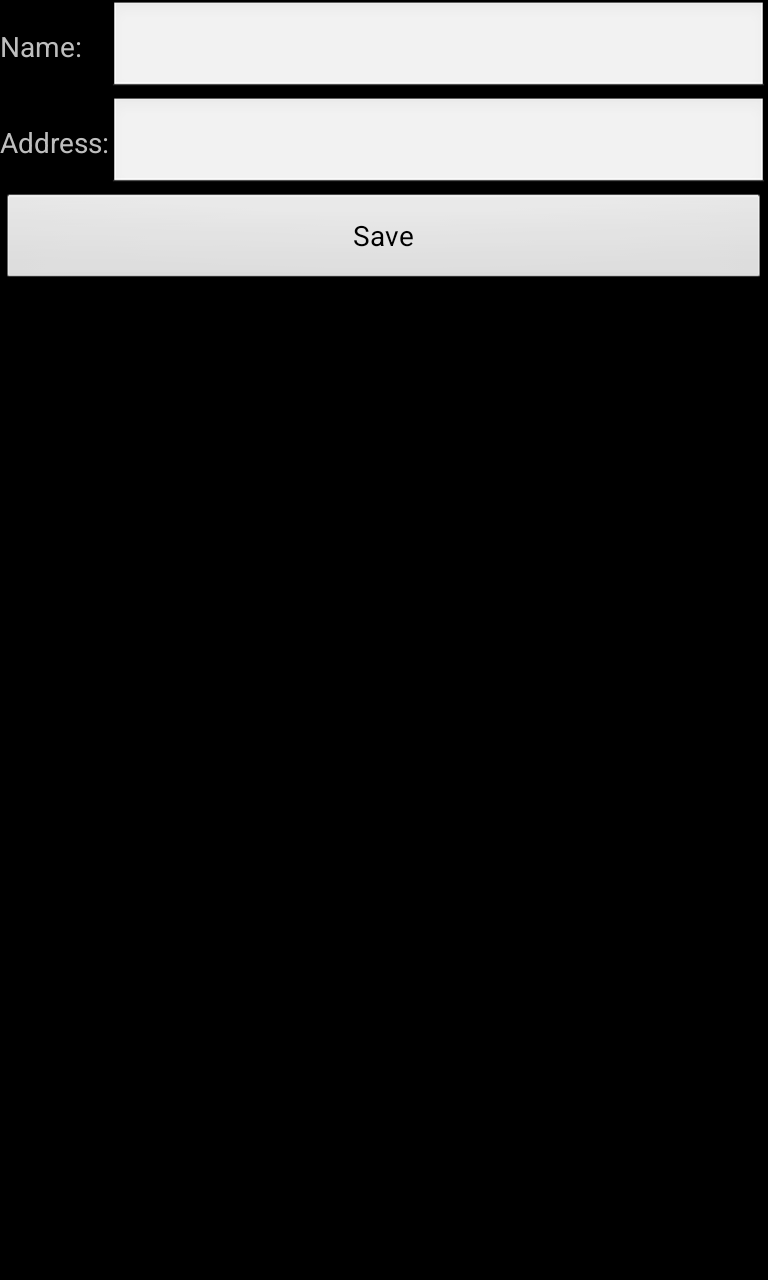
Repository: rsbauer/Android-Practice
Layout: code/LunchList/res/layout/main.xml
The author's editor kept a copy of each file at every save. The layout is drawn from the files as they stood at one save, then again after the next save.
It is drawn on a 768 x 1280 px phone screen (xhdpi) without system bars, with theme android:Theme; the app's code is not run.

Above is the layout before, as saved 2012-07-23 21:29:31.

### code/LunchList/res/layout/main.xml
<?xml version="1.0" encoding="utf-8"?>
<TableLayout xmlns:android="http://schemas.android.com/apk/res/android"
  android:layout_width="match_parent"
  android:layout_height="match_parent"
  android:stretchColumns="1"
  >
  <TableRow>
    <TextView android:text="Name:" />
    <EditText android:id="@+id/name" />
  </TableRow>
  <TableRow>
    <TextView android:text="Address:" />
    <EditText android:id="@+id/addr" />
  </TableRow>
  <Button android:id="@+id/save"
    android:layout_width="match_parent"
    android:layout_height="wrap_content"
    android:text="Save"
  />
</TableLayout>

After the next save:
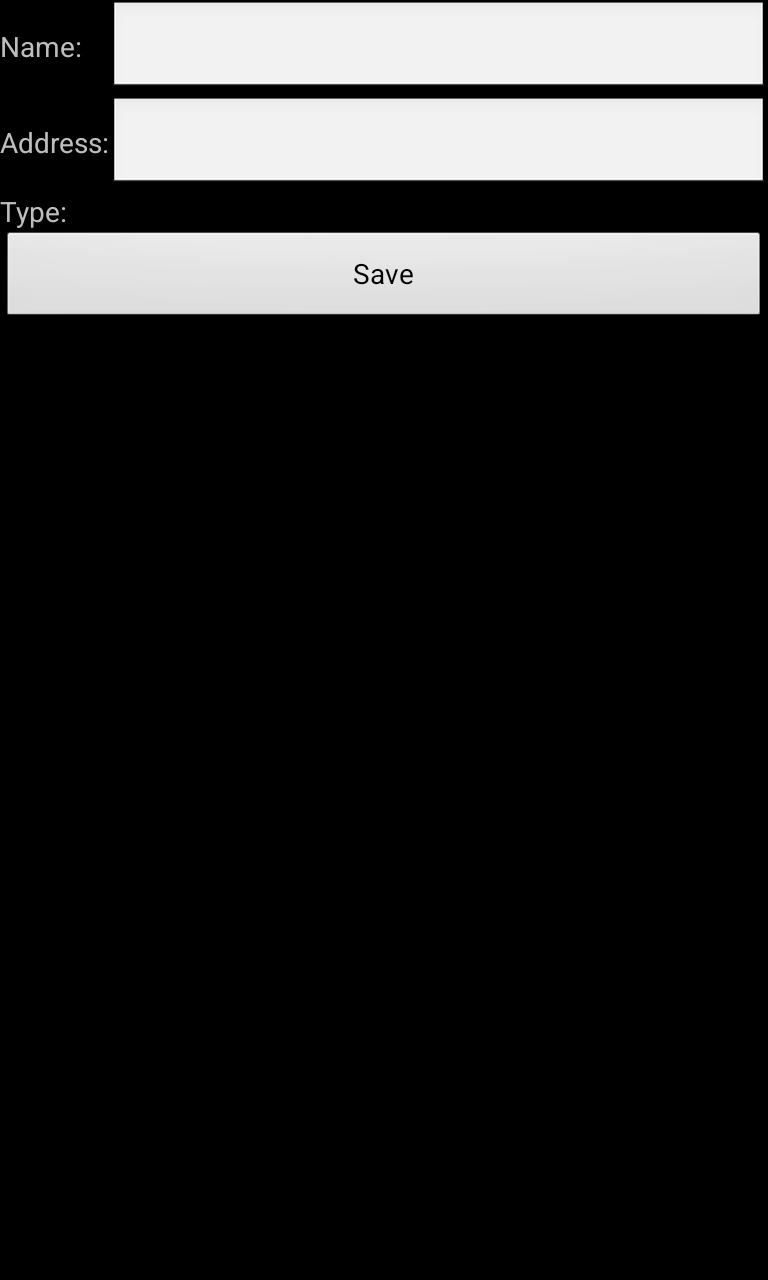
Saved 4 min 38 s later.
--- a/code/LunchList/res/layout/main.xml
+++ b/code/LunchList/res/layout/main.xml
@@ -12,6 +12,20 @@
     <TextView android:text="Address:" />
     <EditText android:id="@+id/addr" />
   </TableRow>
+
+  <TableRow
+      android:id="@+id/tableRow1"
+      android:layout_width="wrap_content"
+      android:layout_height="wrap_content" >
+
+      <TextView
+          android:id="@+id/textView1"
+          android:layout_width="wrap_content"
+          android:layout_height="wrap_content"
+          android:text="Type:" />
+
+  </TableRow>
+
   <Button android:id="@+id/save"
     android:layout_width="match_parent"
     android:layout_height="wrap_content"
